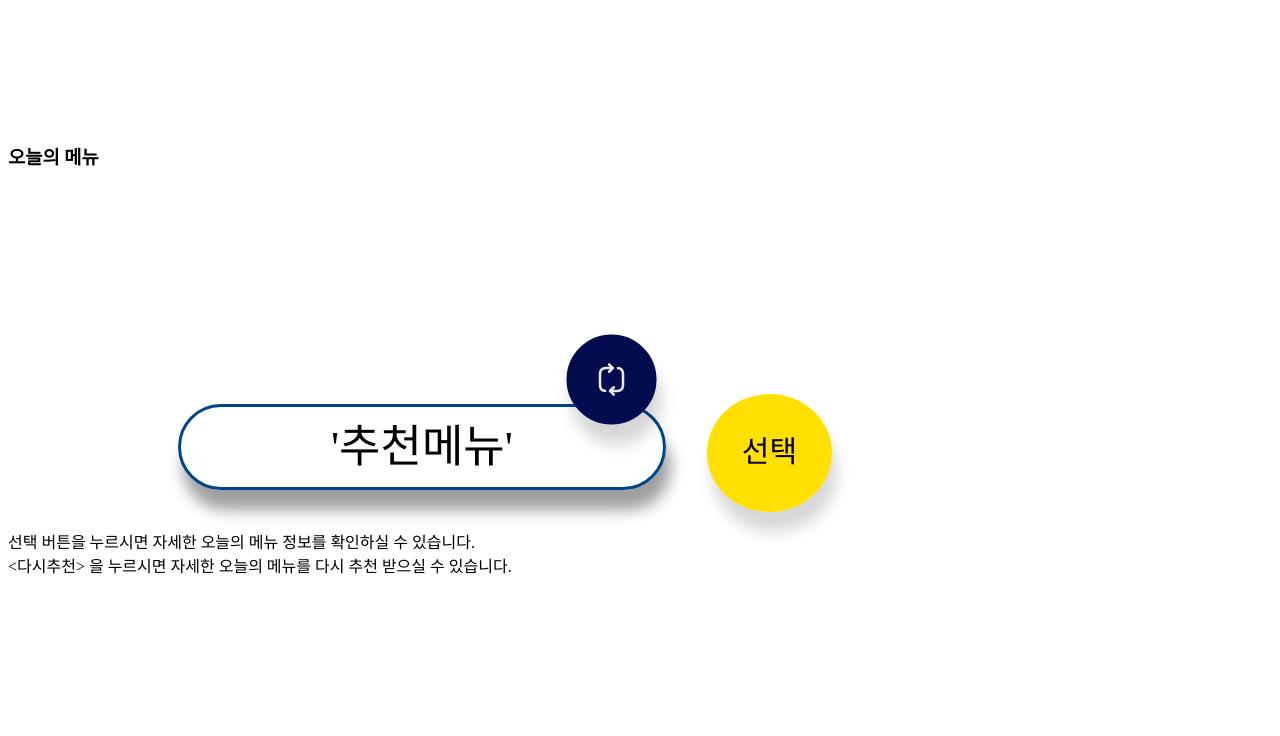
Repository: hkh00700/JustDoEat_Web
Page: http://localhost/justdoeat/WEB-INF/views/home.jsp
These files come from the project's save history. The page is drawn as it stood at one moment and after the next save; the edit follows.
The browser window is 1280 px wide. The pictures show the whole page.
The page is served by Tomcat 9. Nobody is signed in. The template is opened directly, without the code that normally fills it, so the values that code supplies are empty.

Above is the page before, as saved 2021-05-18 03:10:08.

After the next save:
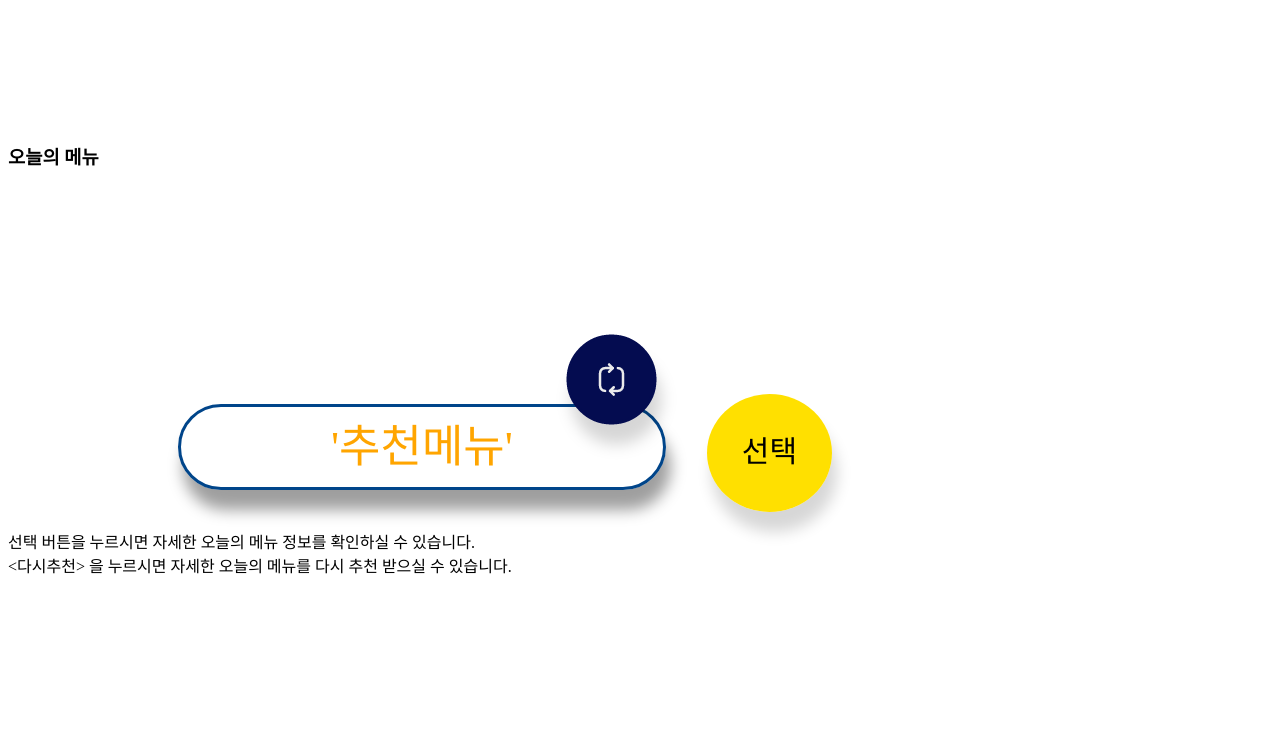
Saved 52 s later.
--- a/justdoeat/src/main/webapp/WEB-INF/views/home.jsp
+++ b/justdoeat/src/main/webapp/WEB-INF/views/home.jsp
@@ -25,6 +25,7 @@
 font-size: 45px;
 position: relative;
 left: 140px;
+color: orange;
 }
 .select{
  width: 120px;
